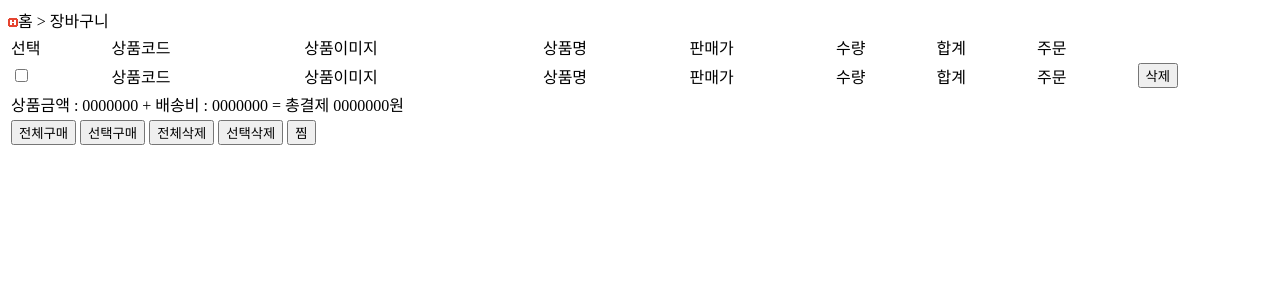
Repository: heeya90/ProjectShoppingMall
Page: http://localhost/ProjectShoppingMall/order/order_cart.jsp
An editor plug-in stored every save of this project. The page is shown before and after the next save, followed by the edit.
The browser window is 1280 px wide. The pictures show the whole page.
The page is served by Tomcat 9.

Above is the page before, as saved 2012-07-30 08:23:55.

### ProjectShoppingMall/WebContent/order/order_cart.jsp
<%@ page language="java" contentType="text/html; charset=EUC-KR"
    pageEncoding="EUC-KR"%>

<div class="sub_loca"><img src="./img/icon_home.gif" alt="현재위치" />홈 > 장바구니</div>
	<table style="width:100%">
		<tr>
			<td class="jw_theader">
				<label class="jw_lbl_title">선택 </label></td>
			<td class="jw_theader">
				<label class="jw_lbl_title">상품코드 </label></td>
			<td class="jw_theader">
				<label class="jw_lbl_title">상품이미지</label></td>
			<td class="jw_theader">
				<label class="jw_lbl_title">상품명</label></td>
			<td class="jw_theader">
				<label class="jw_lbl_title">판매가</label></td>
			<td class="jw_theader">
				<label class="jw_lbl_title">수량</label></td>
			<td class="jw_theader">
				<label class="jw_lbl_title">합계</label></td>
			<td class="jw_theader">
				<label class="jw_lbl_title">주문</label></td>
			<td class="jw_theader">
				<label class="jw_lbl_title"></label></td>
		</tr>

		<tr>
			<td class="jw_td_center">
				<input type="checkbox" name="chck"></td>
			<td class="jw_td_center">
				<label></label>상품코드 </td>
			<td class="jw_td_center">
				<label></label>상품이미지 </td>
			<td class="jw_td_center">
				<label></label>상품명 </td>
			<td class="jw_td_center">
				<label></label>판매가 </td>
			<td class="jw_td_center">
				<label></label>수량 </td>
			<td class="jw_td_center">
				<label></label>합계 </td>
			<td class="jw_td_center">
				<label></label>주문 </td>
			<td class="jw_td_center">
				<input type="button" value="삭제"> </td>
		</tr>
		<tr>
			<td class="jw_td_center" colspan="9">
				<label>상품금액 :</label>
				<label class="jw_lbl_pop">0000000</label>
				<label> + </label>
				<label>배송비 :</label>
				<label class="jw_lbl_pop">0000000</label>
				<label> =</label>
				<label>총결제 </label>
				<label class="jw_lbl_pop">0000000원</label>
			</td>
		</tr>
		<tr>
			<td class="jw_td_center" colspan="9">
				<INPUT type="button" value="전체구매">
				<INPUT type="button" value="선택구매">
				<INPUT type="button" value="전체삭제">
				<INPUT type="button" value="선택삭제">
				<INPUT type="button" value="찜">
			</td>
		</tr>
	</table>

After the next save:
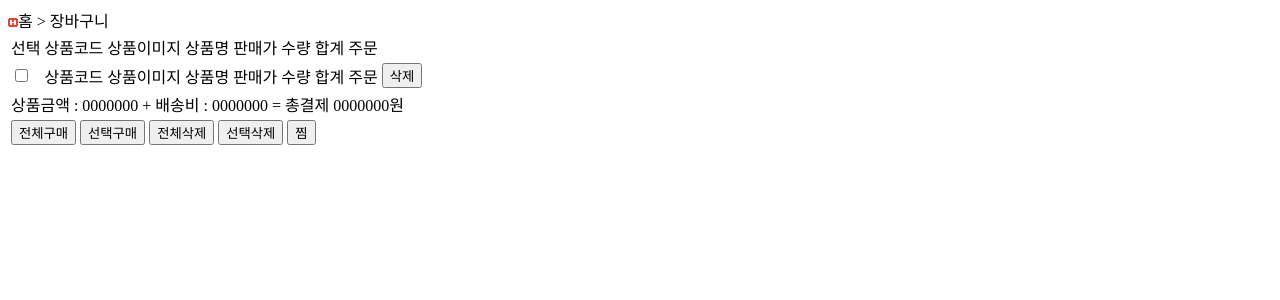
Saved 38 s later.
--- a/ProjectShoppingMall/WebContent/order/order_cart.jsp
+++ b/ProjectShoppingMall/WebContent/order/order_cart.jsp
@@ -2,7 +2,7 @@
     pageEncoding="EUC-KR"%>
 
 <div class="sub_loca"><img src="./img/icon_home.gif" alt="현재위치" />홈 > 장바구니</div>
-	<table style="width:100%">
+	<table class="jw_normal_table">
 		<tr>
 			<td class="jw_theader">
 				<label class="jw_lbl_title">선택 </label></td>

After the save that followed:
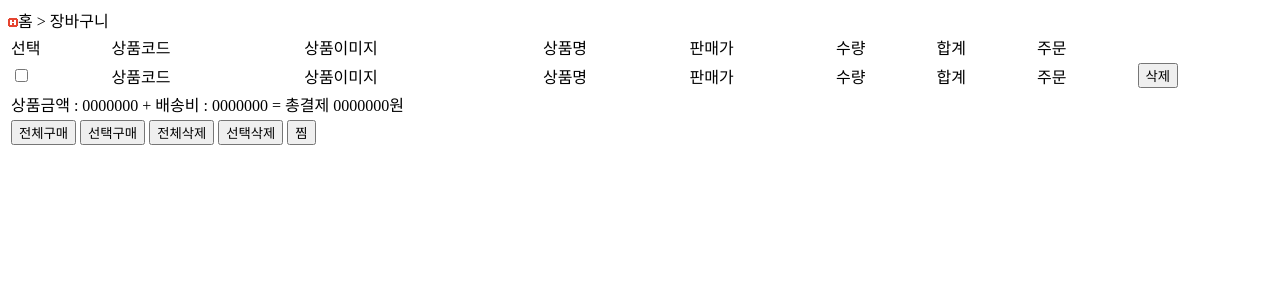
Saved 36 s later.
--- a/ProjectShoppingMall/WebContent/order/order_cart.jsp
+++ b/ProjectShoppingMall/WebContent/order/order_cart.jsp
@@ -2,7 +2,7 @@
     pageEncoding="EUC-KR"%>
 
 <div class="sub_loca"><img src="./img/icon_home.gif" alt="현재위치" />홈 > 장바구니</div>
-	<table class="jw_normal_table">
+	<table class="jw_normal_table" style="align:center; width:100%">
 		<tr>
 			<td class="jw_theader">
 				<label class="jw_lbl_title">선택 </label></td>
